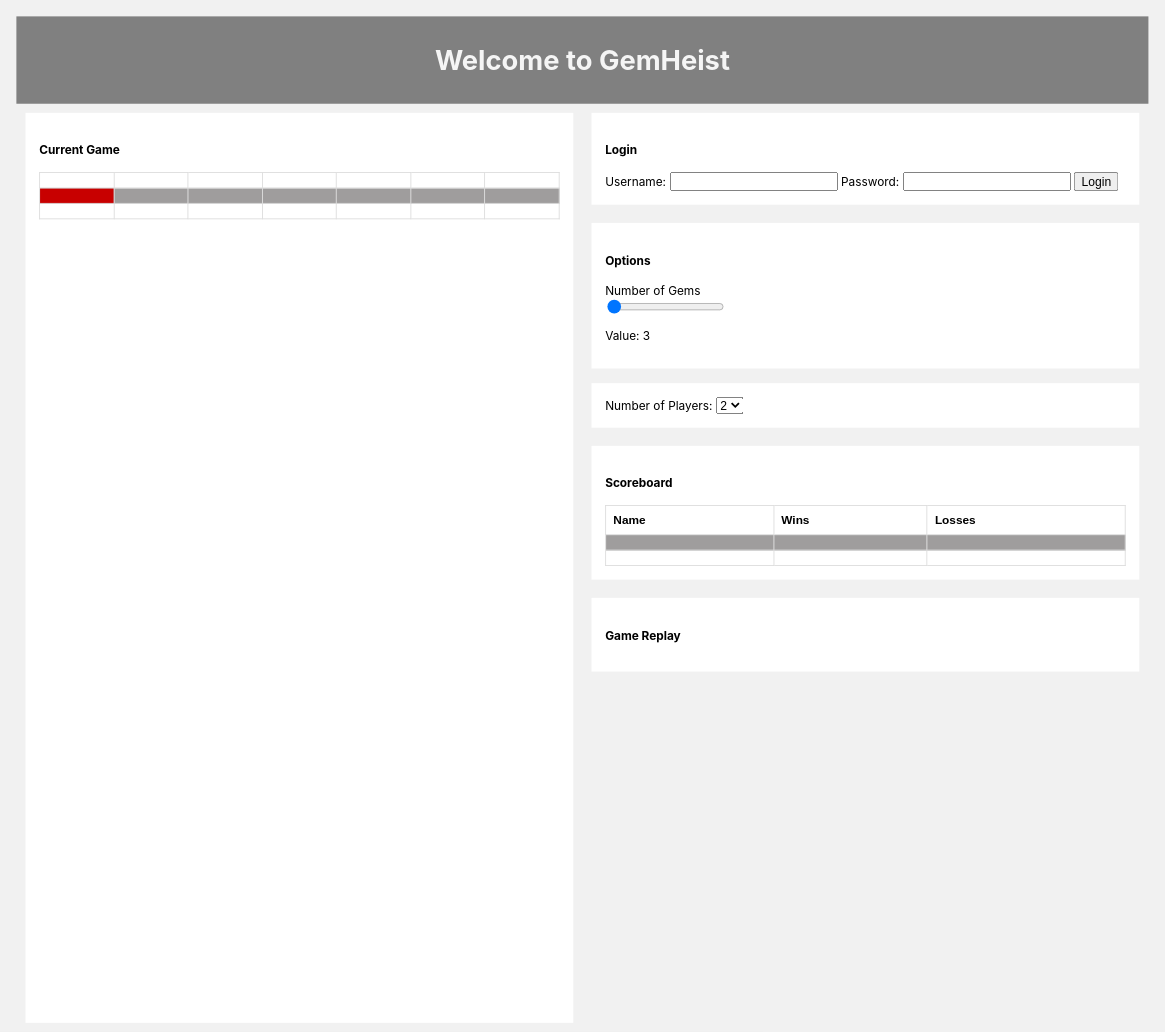
Repository: komalharjani/Gem-Heist
Page: board.html
The author's editor kept a copy of each file at every save. The page is drawn from the files as they stood at one save, then again after the next save.
The browser window is 1280 px wide. The pictures show the whole page, at 91% of full size.

Above is the page before, as saved 2020-04-09 12:52:09.

### board.html
<!DOCTYPE html>
<html>

<head>
    <link rel="stylesheet" href="style.css">
</head>

<body>
    <!--Header-->
    <div class="header">
        <h2>Welcome to GemHeist</h2>
    </div>

    <!--Current Game-->
    <div class="centercolumn">
        <div class="card" style="height:1000px">
            <h4 id="gameTitle">Current Game</h4>
            <div class="yaks" id="game">
            </div>
        </div>
    </div>
    <!--Login -->
    <div class="centercolumn" id="scoreboard">
        <div class="card">
            <h4>Login</h4>
            <div class="yaks">
                <label for="fname">Username:</label>
                <input type="text" id="fname" name="fname">
                <label for="lname">Password:</label>
                <input type="text" id="lname" name="lname">
                <input type="submit" value="Login">
            </div>
        </div>
    </div><br>
    </div>

    <!--Options -->
    <div class="rightcolumn">
        <div class="card">
            <h4>Options</h4>
            <div class="yaks">
                <div class="slidecontainer">
                    <label for="myRange">Number of Gems</label></br>
                    <input type="range" min="3" max="20" value="3" class="slider" id="myRange">
                    <p>Value: <span id="demo"></span></p>
                </div>
            </div>
                <script>
                    var slider = document.getElementById("myRange");
                    var output = document.getElementById("demo");
                    output.innerHTML = slider.value;
                    document.getElementById("myRange").step = "3";
                    slider.oninput = function () {
                        output.innerHTML = this.value;
                    }
                </script>
            </div></br>
            <div class="card">
                <div class="yaks">
                    <label for="noPlayers">Number of Players:</label>
                    <select id="noPlayers">
                        <option value="2">2</option>
                        <option value="3">3</option>
                        <option value="4">4</option>
                        <option value="5">5</option>
                    </select>
                </div>
            </div>
    </div><br>
    </div>

    <!--Scoreboard - change to dynamic -->
    <div class="rightcolumn">
        <div class="card">
            <h4>Scoreboard</h4>
            <div class="yaks" id="scoreboard">
                <table>
                    <tr>
                        <th>Name</th>
                        <th>Wins</th>
                        <th>Losses</th>
                    </tr>
                    <tr>
                        <td> </td>
                        <td> </td>
                        <td> </td>
                    </tr>
                    <tr>
                        <td> </td>
                        <td> </td>
                        <td> </td>
                    </tr>
                </table>

            </div>
        </div>
    </div><br>
    </div>

    <!--Scoreboard -->
    <div class="rightcolumn">
        <div class="card">
            <h4>Game Replay</h4>
            <div class="yaks">
                <!--Content Here-->
            </div>
        </div>
    </div><br>
    </div>



    <!--JAVASCRIPT -->
    <script src="model_Board.js"></script>
</body>

</html>

### style.css
* {
    box-sizing: border-box;
  }

  /* Add a gray background color with some padding */
  body {
    font-family: -apple-system, BlinkMacSystemFont, 'Segoe UI', Roboto, Oxygen, Ubuntu, Cantarell, 'Open Sans', 'Helvetica Neue', sans-serif;
    padding: 10px;
    background: #f1f1f1;
    font-size: 13px;
  }
  table {
    font-family: arial, sans-serif;
    border-collapse: collapse;
    width: 100%;
  }

  td, th {
    border: 1px solid #dddddd;
    text-align: left;
    padding: 8px;
  }

  tr:nth-child(even) {
    background-color: #dddddd;
  }
  /* Header Title */
  .header {
    padding: 5px;
    font-size: 20px;
    text-align: center;
    background: grey;
    color: whitesmoke;
  }

  .login {
    width:300px;
    height:150px;
    position: fixed;
    top: 50%;
    left: 50%;
    margin-top: -125px;
    margin-left: -150px;
  }


  /* Alerts and Gems */

  .gem {
    background-color: white;
    justify-content: center;
  }

  .gem:hover {
    background-color: rgb(240, 240, 240);
  }

  .alarm {
    background-color: rgb(200, 0, 0);
  }

  .white {
    background-color: white;
  }

  .empty {
    background-color: white;
  }

  .alarm:hover {
    background-color: rgb(136, 0, 0);
  }

  /* Split Screen into Columns */

  .rightcolumn {
    float: right;
    width: 50%;
    padding: 10px;
  }

  .centercolumn {
    float: left;
    width: 50%;
    padding: 10px;
  }

  .box {
    background-color: whitesmoke;
    width: 100%;
    padding: 15px;
  }

  .voteFilter {
    background-color: black;
    width: 100%;
    padding: 15px;
  }

  .card {
     background-color: white;
     padding: 15px;
  }

  .row:after {
    content: "";
    display: table;
    clear: both;
  }

  /* Footer */
  .footer {
    padding: 20px;
    text-align: center;
    background: #ddd;
    margin-top: 20px;
  }

  /* Responsive layout - when the screen is less than 800px wide, make the two columns stack on top of each other instead of next to each other */
  @media screen and (max-width: 800px) {
    .leftcolumn, .rightcolumn {
      width: 100%;
      padding: 0;
    }
  }

  tr:nth-child(even) {
    background-color: #3b37377c;
  }

### model_Board.js
/**
 * Variables
 */
const width = 7;
var gemChar = '&#128142';
var noGems = document.getElementById("myRange").value;
height = (2 / 3 * noGems) + 1;

/**
 * Declare Arrays for Drawing Board...
 */
var pieces = [];
for (var i = 0; i < height; i++) {
    pieces[i] = [];
}

var currState = [];
for (var i = 0; i < height; i++) {
    currState[i] = [];
    currState[i].push(true);
}
console.log(currState);

//array of state of board


/**
 * Function to Draw Board
 */
//synchronise with model
//if true draw alarm else draw
function drawBoard() {
    //Create rows and tables according to specified height and width
    var table = document.createElement("table");
    for (var i = 0; i < height; i++) { //loop through height
        var row = document.createElement('tr'); //create rows for each height
        for (var j = 0; j < width; j++) { //loop through width
            var cell = document.createElement('td'); //create columns for each width
            pieces[i].push(cell);
            cell.setAttribute("row", i);
            cell.setAttribute("col", j);

            //Identify Gem Cells
            if (currState[i][j] == true) {
            if (j % 2 && i % 2) {
                cell.innerHTML = gemChar;
                cell.className = "gem";
                //example - move out later to follow after alarm captured
                cell.addEventListener('click', function (event) { //disable after clicked + how to pass row and col
                    //this.innerHTML = "name";
                })
            }
        }
            //Identify Alarms
            if (currState[i][j] == true) {
                 if (j % 2 || i % 2) {
                cell.className = "alarm";
                cell.addEventListener('click', function (event) { //disable after clicked + how to pass row and col
                    this.className = "white";
                    captureAlarm(this);
                    event.preventDefault();
                })
            }
            else {
                cell.className = "white";
            }
        }
            row.appendChild(cell);
        }
        table.appendChild(row);
    }
    document.body.appendChild(table);

    //display in this div
    let divContainer = document.getElementById("game");
    divContainer.innerHTML = "";
    divContainer.appendChild(table);
}

console.log(currState);

drawBoard();

//free of HTML elements
function captureAlarm() {
    let currRow = event.target.getAttribute("row"); //curr row
    let currCol = event.target.getAttribute("col"); //curr col
    let alarmsAroundEvent = [];
    let gemsFound = [];
    let leftCell;
    let rightCell;
    let upCell;
    let downCell;
    let one = 1;
    let alarmsAroundGemsFound = [];

    currState[currRow][currCol] = (false); //bind false to cell.className = "white";
    //add move to replay

    if (currRow - 1 >= 0) {
        upCell = pieces[currRow - 1][currCol];
        alarmsAroundEvent.push(upCell);
    } if (currCol - 1 >= 0) {
        leftCell = pieces[currRow][currCol - 1];
        alarmsAroundEvent.push(leftCell);
    } if (currRow + 1 < height) {
            downCell = pieces[currRow+1][currCol];
            alarmCheck.push(downCell);
    } if (currCol < width) {
    //     rightCell = [currRow][currCol+1];
    //     alarmCheck.push(rightCell);
    }

    console.log(upCell);
    console.log(leftCell);
    console.log(alarmsAroundEvent);
    //}

    //loop 1 find gems around alarms
    for (let i = 0; i < alarmsAroundEvent.length; i++) {
        if (alarmsAroundEvent[i].className == "gem") {
            gemsFound.push(alarmsAroundEvent[i]);
        }
    }

    //loop 2 - check for alarms around each gem to see if gem should be captured
    for (let i = 0; i < gemsFound.length; i++) {
        let gemRow = gemsFound[i].getAttribute("row");
        let gemCol = gemsFound[i].getAttribute("col");

        let alarmUp = (pieces[gemRow - 1][gemCol]);
        let alarmLeft = (pieces[gemRow][gemCol - 1]);
        //let alarmRight = (pieces[gemRow + 1][gemCol]);
        //let alarmDown = (pieces[gemRow + 1][gemCol]);

        alarmsAroundGemsFound.push(alarmUp, alarmLeft);

        for (let j = 0; j < alarmsAroundGemsFound.length; j++) {
            if (alarmsAroundGemsFound[i].className == "white") {
                alarmsAroundGemsFound.pop[i];
            }
        }
        console.log(alarmsAroundGemsFound);

        if (alarmsAroundGemsFound.length == 0) {
            gemsFound.className = "white";
            gemsFound.innerHTML = "name";
            //add move to replay
            //currState[gemRow][gemCol] = (false);
            //model.Player.score++;
            declareWinner();
        }
        else {
            //Next Turn
        }

    }

}

function declareWinner() {
    let gemsToWin = player.length / noGems;
    if (player.score = gemsToWin) {
        //alert
        //kill game
        //update leagueboard
    }
    else {
        //next turn
    }
}

//1. seperate state and draw board function
//2. fix the row and col
//3. move to main

After the next save:
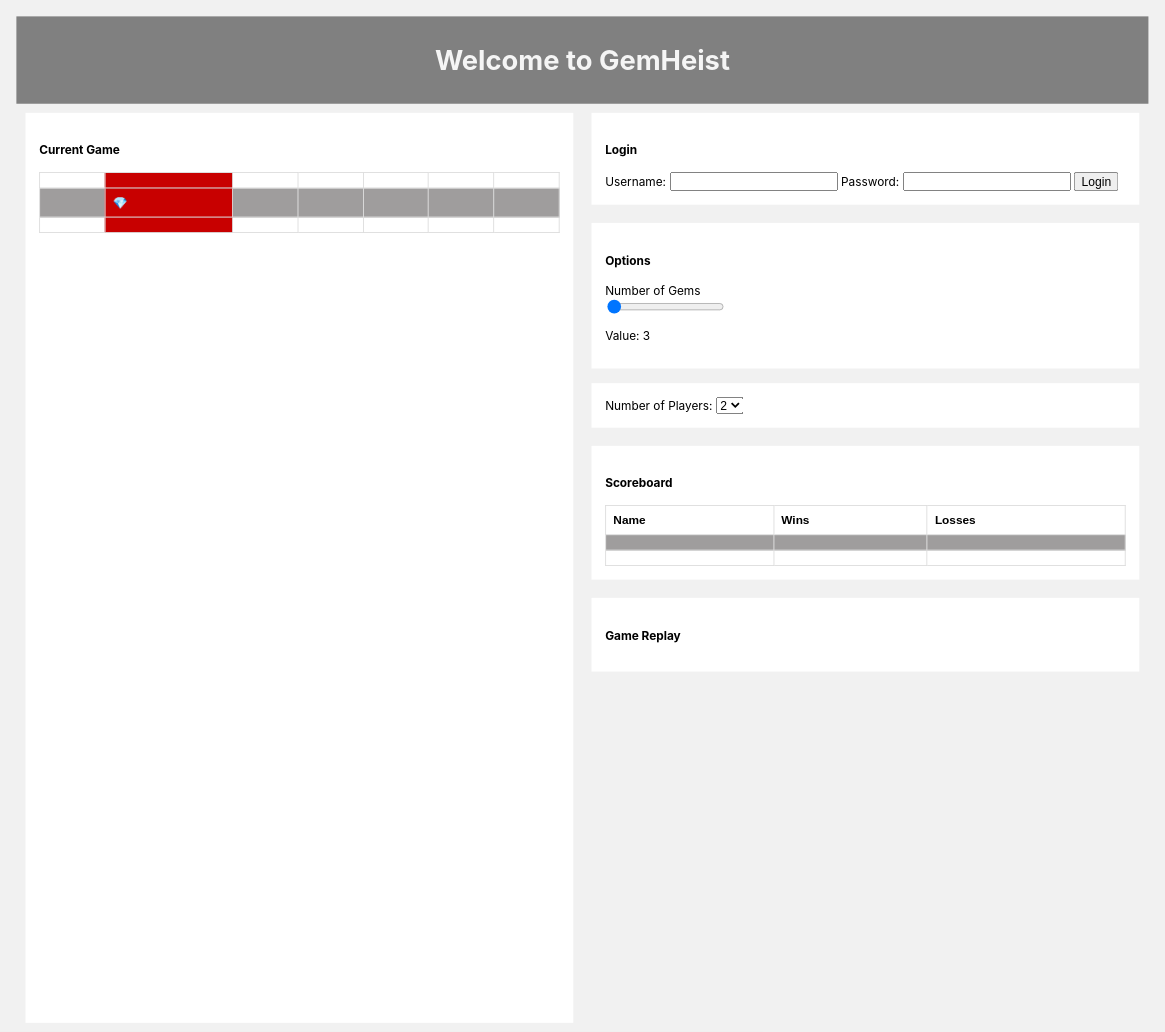
Saved 37 s later.
--- a/model_Board.js
+++ b/model_Board.js
@@ -17,7 +17,9 @@ for (var i = 0; i < height; i++) {
 var currState = [];
 for (var i = 0; i < height; i++) {
     currState[i] = [];
-    currState[i].push(true);
+    for(var j=0; j < height; j++) {
+        currState[i].push(j);
+    }
 }
 console.log(currState);
 
